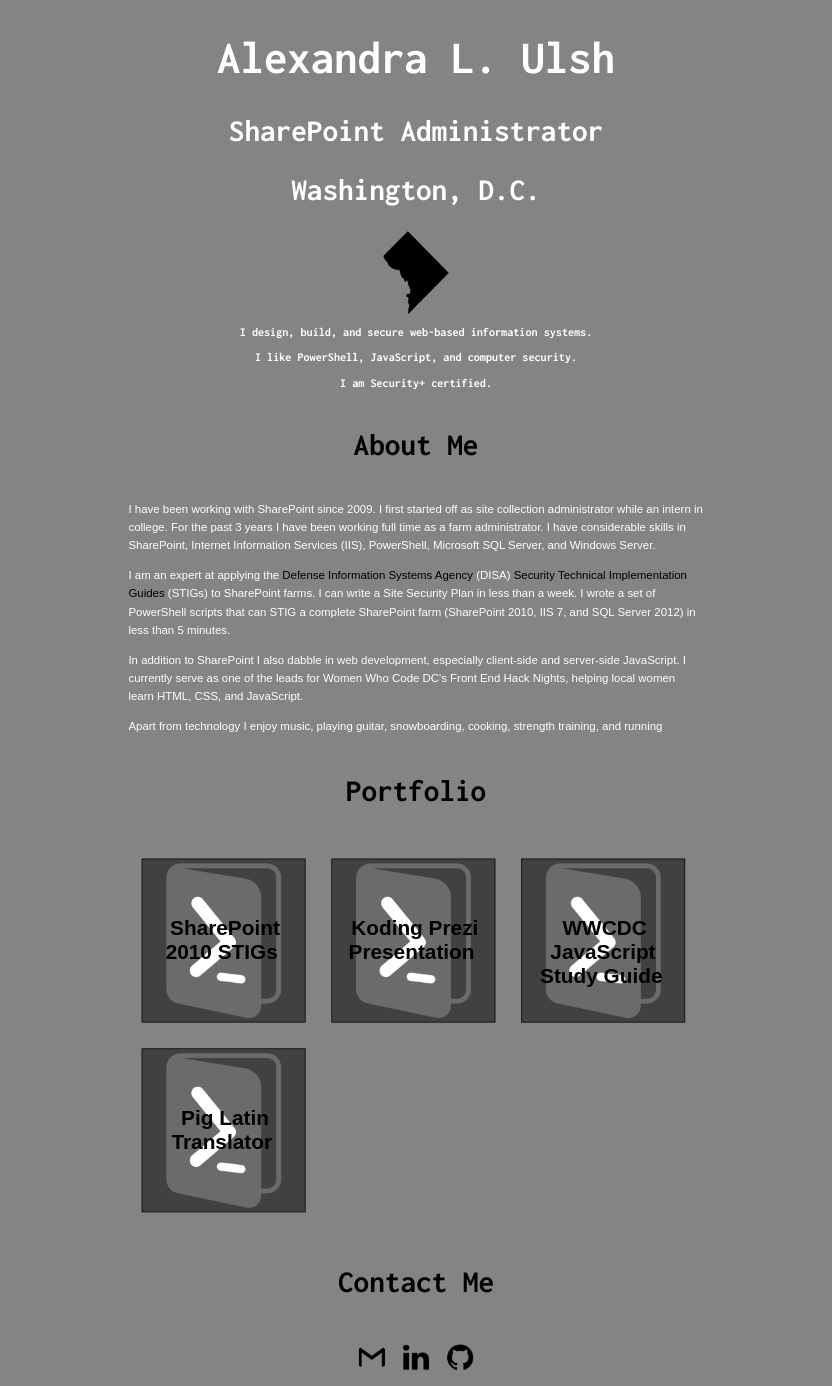
Repository: alulsh/alulsh.github.io
Page: index.html
The author's editor kept a record of every edit. The page is drawn from the files as they stood at one moment, then again after the next edit.
The browser window is 1280 px wide. The pictures show the whole page, at 65% of full size.

Above is the page before.

After the next edit:
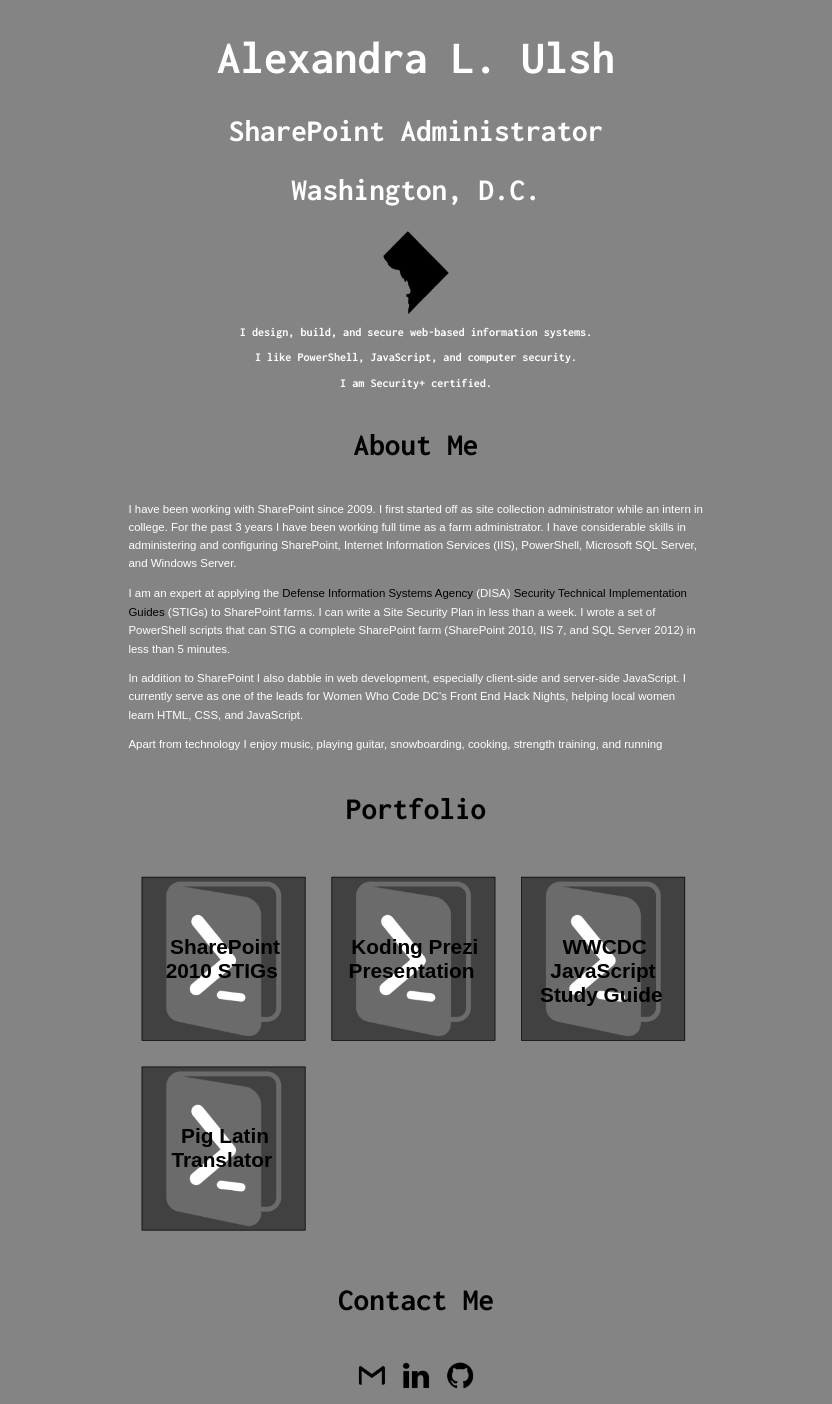
The edit:
--- a/index.html
+++ b/index.html
@@ -36,7 +36,7 @@
 
     			<h2 class="MainSection">About Me</h2>
 
-                <p>I have been working with SharePoint since 2009. I first started off as site collection administrator while an intern in college. For the past 3 years I have been working full time as a farm administrator. I have considerable skills in SharePoint, Internet Information Services (IIS), PowerShell, Microsoft SQL Server, and Windows Server.</p>
+                <p>I have been working with SharePoint since 2009. I first started off as site collection administrator while an intern in college. For the past 3 years I have been working full time as a farm administrator. I have considerable skills in administering and configuring SharePoint, Internet Information Services (IIS), PowerShell, Microsoft SQL Server, and Windows Server.</p>
 
                 <p>I am an expert at applying the <a href="http://www.disa.mil/">Defense Information Systems Agency</a> (DISA) <a href="http://iase.disa.mil/stigs/Pages/index.aspx">Security Technical Implementation Guides</a> (STIGs) to SharePoint farms. I can write a Site Security Plan in less than a week. I wrote a set of PowerShell scripts that can STIG a complete SharePoint farm (SharePoint 2010, IIS 7, and SQL Server 2012) in less than 5 minutes.</p>
 
